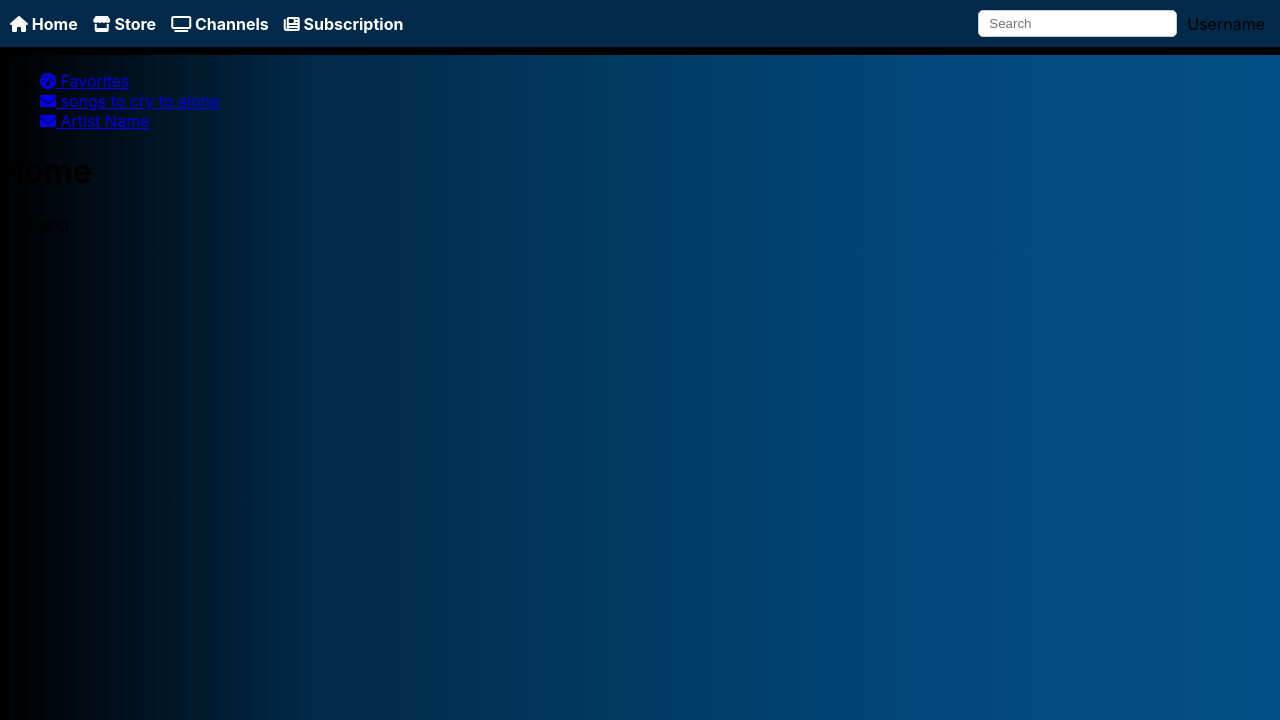
Repository: gordonnrat/group-2-project
Page: / (app in source-code/)
An editor plug-in stored every save of this project. The page is shown before and after the next save, followed by the edit.
The browser window is 1280 px wide. The pictures show the whole page.
The project was rebuilt for these pictures with package versions that can differ from the ones it lists, and the page was loaded fresh each time. Also part of the build but not shown: source-code/src/App.css, source-code/src/App.js, source-code/src/components/pages/Login.js.

Above is the page before, as saved 2023-07-21 11:03:37.

### source-code/src/index.js
import React from 'react';
import ReactDOM from 'react-dom';
import './index.css';
import reportWebVitals from './reportWebVitals';
import {
  BrowserRouter as Router,
  Routes,
  Route,
  Link
} from "react-router-dom";

import App from './App';
import Home from './components/pages/Home';
import Login from './components/pages/Login';

ReactDOM.render(
  <React.StrictMode>
    <Router>
      <Routes>
        <Route path="/" element={<Home />} />
        <Route path="/login" element={<Login />} />
        {/* Add more routes here */}
        <Route path="/group-2-project" element={<Link to="/" />} />
      </Routes>
    </Router>
  </React.StrictMode>,
  document.getElementById('root')
);

// If you want to start measuring performance in your app, pass a function
// to log results (for example: reportWebVitals(console.log))
// or send to an analytics endpoint. Learn more: https://bit.ly/CRA-vitals
reportWebVitals();

### source-code/src/index.css
body {
  margin: 0;
  font-family: -apple-system, BlinkMacSystemFont, 'Segoe UI', 'Roboto', 'Oxygen',
    'Ubuntu', 'Cantarell', 'Fira Sans', 'Droid Sans', 'Helvetica Neue',
    sans-serif;
  -webkit-font-smoothing: antialiased;
  -moz-osx-font-smoothing: grayscale;
}

code {
  font-family: source-code-pro, Menlo, Monaco, Consolas, 'Courier New',
    monospace;
}

body {
  background: linear-gradient(0.25turn,black,#012A4A, #013A63, #01497C,#014F86);


}

### source-code/src/components/pages/Home.js
import Navbar from "../Navbar";

function Home() {
    return(
        <div>
            <Navbar />
            <h1>Home</h1>
            <ul>
                <li>gng</li>
            </ul>
        </div>
    )
}

export default Home

### source-code/src/components/Navbar.js
import React from "react";
import { Link } from "react-router-dom";
import "./Navbar.css";
import "@fortawesome/fontawesome-free/css/all.min.css";

function Navbar() {
  return (
    <div>
      {/* Main Navbar */}
      <nav className="navbar">
        <ul className="left-nav">
          <li>
            <Link to="/">
              <i className="fas fa-home"></i> Home
            </Link>
          </li>
          <li>
            <Link to="/Store">
              <i className="fas fa-store"></i> Store
            </Link>
          </li>
          <li>
            <Link to="/Channels">
              <i className="fas fa-tv"></i> Channels
            </Link>
          </li>
          <li>
            <Link to="/Subscription">
              <i className="fas fa-newspaper"></i> Subscription
            </Link>
          </li>
        </ul>
        <div className="right-nav">
          <input type="text" placeholder="Search" />
          <div className="user-section">
            {/* Your user-related elements can go here */}
            <span>Username</span>
          </div>
        </div>
      </nav>

      {/* Sidebar */}
      <aside className="sidebar">
        {/* Your sidebar content can go here */}
        <ul>
          <li>
            <Link to="/Favorites">
              <i className="fas fa-tachometer-alt"></i> Favorites
            </Link>
          </li>
          <li>
            <Link to="/songs to cry to alone">
              <i className="fas fa-envelope"></i> songs to cry to alone
            </Link>
          </li>
          {/* Add more sidebar items as needed */}


          <Link to="/Artist Name">
              <i className="fas fa-envelope"></i> Artist Name
            </Link>










        </ul>
      </aside>
    </div>
  );
}

export default Navbar;

### source-code/src/components/Navbar.css
/* Navbar.css */

/* Navbar.css */

.navbar {
    background-color: #012A4A;
    padding: 10px;
    display: flex;
    justify-content: space-between;
    align-items: center;
    /* Add border line to the bottom of the navigation bar */
    border-bottom: 8px solid black; /* Replace #fff with your desired border color */
}





.left-nav {
    list-style-type: none;
    margin: 0;
    padding: 0;
    display: flex;
    align-items: center;
}

.left-nav li {
    margin-right: 15px;
}

.left-nav li:last-child {
    margin-right: 0;
}

.left-nav li a {
    text-decoration: none;
    color: white;
    font-size: 16px;
    font-weight: bold;
}

.left-nav li a:hover {
    color: white;
}

.right-nav {
    display: flex;
    align-items: center;
}

.right-nav input[type="text"] {
    padding: 5px 10px;
    border: 1px solid #ccc;
    border-radius: 5px;
    margin-right: 10px;
}

.user-section {
    display: flex;
    align-items: center;
}

.user-section span {
    margin-right: 5px;
}

.user-section img {
    width: 30px;
    height: 30px;
    border-radius: 50%;
}


  /* NavigationBar.css */

Loaded but not shown: source-code/public/index.html (common file); source-code/src/reportWebVitals.js (common file)

After the next save:
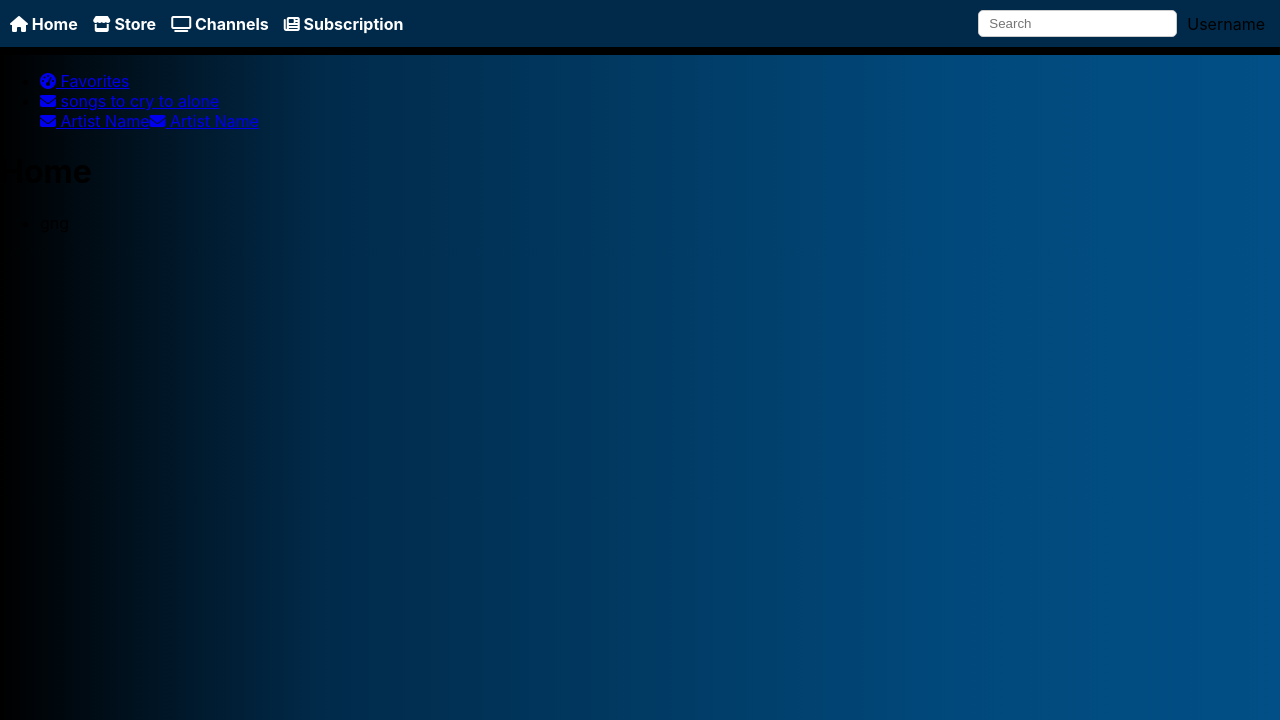
Saved 13 s later.
--- a/source-code/src/components/Navbar.js
+++ b/source-code/src/components/Navbar.js
@@ -60,6 +60,12 @@ function Navbar() {
               <i className="fas fa-envelope"></i> Artist Name
             </Link>
 
+            <Link to="/Artist Name">
+              <i className="fas fa-envelope"></i> Artist Name
+            </Link>
+
+
+
 
 
 
